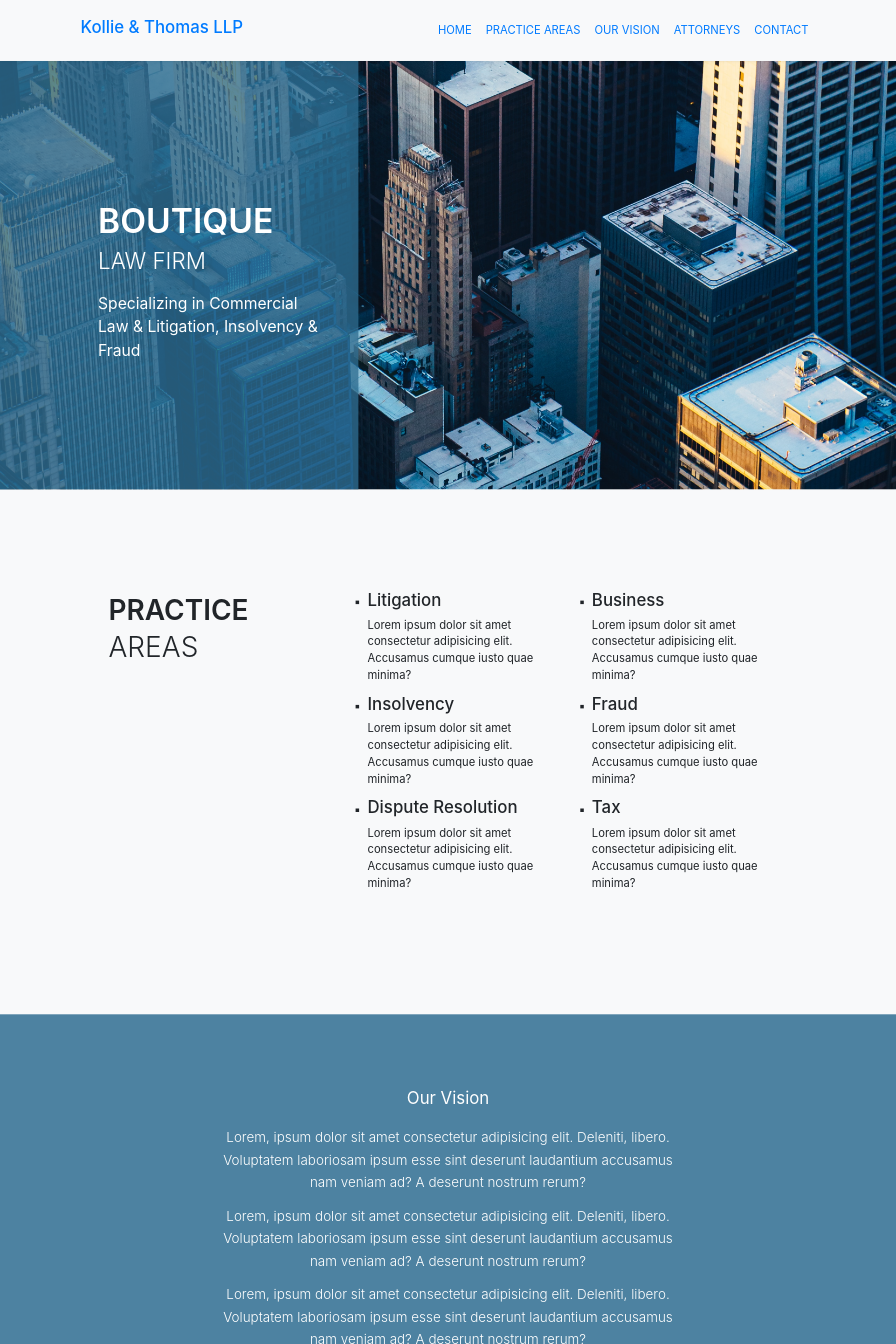
Repository: just-mann/kolllie-kolliellp
Page: index.html
An editor plug-in stored every save of this project. The page is shown before and after a run of saves, followed by the edit.
The browser window is 1280 px wide. The pictures show the part of the page from y = 0 to 1920 px (the page is 4529 px tall), at 70% of full size.
Backgrounds fixed to the window are drawn as part of the page.

Above is the page before, as saved 2021-06-02 05:49:35.

### index.html
<!DOCTYPE html>
<html lang="en">
<head>
    <meta charset="UTF-8">
    <meta name="viewport" content="width=device-width, initial-scale=1.0">
    <meta http-equiv="X-UA-Compatible" content="ie=edge">
    <meta name="Description" content="Enter your description here"/>
    <!-- Font Awesome Icons -->
    <link rel="stylesheet" href="https://cdnjs.cloudflare.com/ajax/libs/font-awesome/5.15.3/css/all.min.css" referrerpolicy="no-referrer" />
    <link rel="stylesheet" href="https://cdnjs.cloudflare.com/ajax/libs/twitter-bootstrap/4.6.0/css/bootstrap.min.css">
    <link rel="stylesheet" href="https://cdnjs.cloudflare.com/ajax/libs/font-awesome/5.15.2/css/all.min.css">
    <link rel="stylesheet" href="assets/css/utilities.css">
    <link rel="stylesheet" href="assets/css/style.css">
    <title>Kollie & Thomas LLP</title>
</head>
<body>
    <nav class="myNavbar px-2 bg-light shadow-sm">
        <div class="myContainer">
            <a href="#" class="myLogo"><h3>Kollie & Thomas LLP</h3></a>
            <div class="links">
                <a href="#">Home</a>
                <a href="#practiceArea">Practice Areas</a>
                <a href="#ourVision">Our Vision</a>
                <a href="#ourAttorneys">Attorneys</a>
                <a href="#contact">Contact</a>
            </div>
            <i class="fas fa-bars fa-1x toggleBar"></i>
        </div>
    </nav>
    <section class="heroSection">
        <div class="myContainer">
            <h3><span>Boutique</span>Law Firm</h3>
            <p>Specializing in Commercial Law & Litigation, Insolvency & Fraud</p>
        </div>
    </section>
    <section class="practiceArea py-5 px-4 bg-light" id="practiceArea">
        <div class="myContainer py-5">
            <div class="practiceArreaDiv p-4">
                <div class="left__side px-3 py-4">
                    <h3><span>Practice</span> Areas</h3>
                </div>
                <div class="right__side px-3 py-4">
                    <ul>
                        <div class="left px-3">
                            <li><h4>Litigation</h4></li>
                            <p>Lorem ipsum dolor sit amet consectetur adipisicing elit. Accusamus cumque iusto quae minima?</p>
                            <li><h4>Insolvency</h4></li>
                            <p>Lorem ipsum dolor sit amet consectetur adipisicing elit. Accusamus cumque iusto quae minima?</p>
                            <li><h4>Dispute Resolution</h4></li>
                            <p>Lorem ipsum dolor sit amet consectetur adipisicing elit. Accusamus cumque iusto quae minima?</p>
                        </div>
                        <div class="right px-3">
                            <li><h4>Business</h4></li>
                            <p>Lorem ipsum dolor sit amet consectetur adipisicing elit. Accusamus cumque iusto quae minima?</p>
                            <li><h4>Fraud</h4></li>
                            <p>Lorem ipsum dolor sit amet consectetur adipisicing elit. Accusamus cumque iusto quae minima?</p>
                            <li><h4>Tax</h4></li>
                            <p>Lorem ipsum dolor sit amet consectetur adipisicing elit. Accusamus cumque iusto quae minima?</p>
                        </div>
                    </ul>
                </div>
            </div>
        </div>
    </section>
    <section class="ourVision px-4 py-5" id="ourVision">
        <div class="myContainer">
            <div class="ourVisionDiv py-5">
                <h3>Our Vision</h3>
                <div>
                    <p>Lorem, ipsum dolor sit amet consectetur adipisicing elit. Deleniti, libero. Voluptatem laboriosam ipsum esse sint deserunt laudantium accusamus nam veniam ad? A deserunt nostrum rerum?</p>
                </div>
                <div>
                    <p>Lorem, ipsum dolor sit amet consectetur adipisicing elit. Deleniti, libero. Voluptatem laboriosam ipsum esse sint deserunt laudantium accusamus nam veniam ad? A deserunt nostrum rerum?</p>
                </div>
                <div>
                    <p>Lorem, ipsum dolor sit amet consectetur adipisicing elit. Deleniti, libero. Voluptatem laboriosam ipsum esse sint deserunt laudantium accusamus nam veniam ad? A deserunt nostrum rerum?</p>
                </div>
            </div>
        </div>
    </section>
    <div class="parallaxImg">
        <!-- <img src="./assets/images/heroImage.jpg" alt="parallaxImg"> -->
    </div>
    <section class="ourAttorneys py-5 bg-light" id="ourAttorneys">
        <div class="myContainer py-5">
            <h3 class="text-center mb-5">Our Attorneys</h3>
            <div class="attorneysDiv">
                <div class="attCard">
                    <img src="./assets/images/attrny1.jpg" alt="att1">
                    <div class="firstDiv">
                        <h4>Justin Kollie</h4>
                        <p>Partner</p>
                    </div>
                    <div class="secondDiv">
                        <p>Tel: XXX-XXX-XXXX</p>
                        <p>info@mysite.com</p>
                    </div>
                </div>
                <div class="attCard">
                    <img src="./assets/images/attrny3.jpg" alt="att2">
                    <div class="firstDiv">
                        <h4>Attrn. Name</h4>
                        <p>Position</p>
                    </div>
                    <div class="secondDiv">
                        <p>Tel: XXX-XXX-XXXX</p>
                        <p>info@mysite.com</p>
                    </div>
                </div>
                <div class="attCard">
                    <img src="./assets/images/attrny2.jpg" alt="att1">
                    <div class="firstDiv">
                        <h4>Mandela P. Thomas</h4>
                        <p>Partner</p>
                    </div>
                    <div class="secondDiv">
                        <p>Tel: XXX-XXX-XXXX</p>
                        <p>info@mysite.com</p>
                    </div>
                </div>
            </div>
        </div>
    </section>
    <section class="contact py-5" id="contact">
        <div class="myContainer">
            <div class="contactDiv">
                <div class="left__side">
                    <h3>Contact Us</h3>
                </div>
                <div class="right__side">
                    <h4 class=><span>Our</span> Address</h4>
                    <div class="addressDiv">
                        <p>500 Terry Francois St. San Francisco, CA 94158</p>
                        <p>Email: info@mysite.com</p>
                        <p>Tel:  123-456-7890</p>
                    </div>
                    <div class="clickToFind my-4 py-4">
                        <a href="#">Click Here to Find Us</a>
                    </div>
                    <form action="">
                        <div class="left__side">
                            <div>
                                <label for="firstName">First Name *</label>
                                <input type="text" name="firstName" required>
                            </div>
                            <div>
                                <label for="lastName">Last Name *</label>
                                <input type="text" name="lastName" required>
                            </div>
                            <div>
                                <label for="email">Email *</label>
                                <input type="email" name="name" required>
                            </div>
                            <div>
                                <label for="subject">Subject *</label>
                                <input type="text" name="subject" required>
                            </div>
                        </div>
                        <!-- <div class="right__side"> -->
                            <label for="message" class="messageLabel">Message *</label>
                            <textarea name="message" id="message" cols="30" rows="10" required></textarea>
                        <!-- </div> -->
                        <div class="my-4">
                            <input type="submit" value="Send">
                        </div>
                    </form>
                </div>
            </div>
        </div>
    </section>
    <section class="backUpTop bg-dark text-center p-4">
        <div class="myContainer">
            <i class="fas fa-angle-double-up fa-2x text-light"></i>
        </div>
    </section>
    <footer class="footer">
        <div class="myContainer">
            <p>© 2021 Kollie & Thomas LLP. Proudly created by Justin Kollie</p>
        </div>
    </footer>
    <!-- Optional Scripts -->
    <script src="assets/scripts/myScript.js"></script>
    <script src="https://cdnjs.cloudflare.com/ajax/libs/jquery/3.5.1/jquery.slim.min.js"></script>
    <script src="https://cdnjs.cloudflare.com/ajax/libs/popper.js/1.16.1/umd/popper.min.js"></script>
    <script src="https://cdnjs.cloudflare.com/ajax/libs/twitter-bootstrap/4.6.0/js/bootstrap.min.js"></script>
</body>
</html>

### assets/css/utilities.css
:root {
    --primaryColor: #274f9bf3;
}

a {
    text-decoration: none;
}

a:hover {
    text-decoration: none;
}

ul li {
    list-style-type: square;
}

.myContainer {
    max-width: 1100px;
    margin: 0 auto;
    padding: 10px 25px;
}

### assets/css/style.css
* {
    padding: 0;
    margin: 0;
    box-sizing: border-box;
}

html {
    scroll-behavior: smooth;
}



/* Navbar */
.myNavbar {
    padding: 15px 0px;
    background-color: #ece6e6;
    position: sticky;
    top: 0;
    left: 0;
    width: 100%;
    z-index: 100;
}

.myNavbar .myContainer {
    display: flex;
    justify-content: space-between;
    align-items: center;
}

.myNavbar .myContainer .myLogo h3 {
    font-size: 1.5em;
}

.myNavbar .myContainer .links {
    display: flex;
    justify-content: center;
    align-items: center;
}

.toggleBar {
    font-size: 1.6em;
    display: none;
    transition: cursor 0.6s;
}

.toggleBar:hover {
    cursor: pointer;
}

.ourVision {
    background-color: #2f6d91da;
    color: white;
    text-align: center;
    /* padding: 30px 10px; */
}

.ourVisionDiv h3 {
    font-weight: 400;
    font-size: 2.6rem;
    text-align: center;
    margin-bottom: 25px;
    /* margin: 40px auto; */
}

.ourVisionDiv p {
    font-weight:300;
    font-size: 1.2rem;
    line-height: 2rem;
    text-align: center;
}

.parallaxImg {
    background-image: url('../images/parallaxImg.jpg');
    min-height: 500px;
    background-attachment: fixed;
    background-position: center;
    background-origin: center;
    background-repeat: no-repeat;
    background-size: cover;
}

.parallaxImg img {
    width: 100%;
}

.contact {
    position: relative;
    background: url('../images/contactBgImage.jpg') no-repeat center center / cover;
}

.contact::before {
    content: "";
    position: absolute;
    top: 0;
    left: 0;
    background: #2f6d91da;
    width: 100%;
    height: 100%;
}

.contact .myContainer * {
    display: flex;
    flex-direction: column;
    justify-content: center;
    align-items: flex-start;
    width: 100%;
    z-index: 50;
}

.contactDiv .left__side h3 {
    font-weight: 500;
    color: white;
}

.contactDiv .right__side h4 {
    font-weight: 300;
    color: white;
}

.contactDiv .right__side h4 span {
    font-weight: 600;
}

.contactDiv .right__side .addressDiv p {
    font-size: 1rem;
    font-weight: 400;
    margin: 5px 0px;
    color: white;
}

.contactDiv .right__side .clickToFind a {
    text-decoration: underline;
    font-size: 1.4rem;
    color: white;
}

form label {
    color: white;
    font-size: 1.3rem;
}

.backUpTop .myContainer i {
    font-weight: 600;
}

.backUpTop .myContainer i:hover {
    cursor: pointer;
}

input[type="submit"] {
    width: 100%;
    background-color: transparent;
    border: 2px solid white;
    border-radius: 5px;
    font-weight: 500;
    letter-spacing: 1px;
    display: flex;
    padding: 10px;
    color: white;
    justify-content: center;
    text-align: center;
}

form div input, textarea {
    border: 3px solid #223755;
    border-radius: 3px;
    padding: 5px 10px;
}

/* Non mobile */
.myNavbar .myContainer .links a {
    padding: 0px 10px;
    font-size: 16px;
    font-weight: 400;
    text-transform: uppercase;
}

/* Desktop Scree Size Starts */
@media screen and (min-width: 900px) {
    .heroSection {
        position: relative;
        background-image: url('../images/heroImage.jpg');
        min-height: 500px;
        background-attachment: fixed;
        background-position: center;
        background-origin: center;
        background-repeat: no-repeat;
        background-size: cover;
        height: 85vh;
        display: flex;
        justify-content: start;
        align-items: left;
        /* background-color: #ffffff;
        background: url('../images/heroImage.jpg') no-repeat center center / cover; */
    }

    .heroSection .myContainer {
        display: flex;
        flex-direction: column;
        width: 100%;
        align-items: start;
        z-index: 50;
        padding: 10px 50px;
        background-attachment: fixed;
    }

    .heroSection::before {
        position: absolute;
        content: "";
        top: 0;
        left: 0;
        background: rgba(47, 109, 145, 0.78);
        width: 40%;
        height: 100%;
        z-index: 0;
    }

    .heroSection .myContainer h3 span {
        color: white;
        font-size: 3rem;
        font-weight: 600;
        margin: 10px 0px;
        text-transform: uppercase;
        display: block;
    }

    .heroSection .myContainer h3 {
        color: white;
        font-size: 2rem;
        font-weight: 300;
        margin-top: 180px;
        text-transform: uppercase;
    }

    .heroSection .myContainer p {
        color: white;
        max-width: 320px;
        margin: 15px 0px;
        font-size: 1.4rem;
    }

    .practiceArea .myContainer .practiceArreaDiv {
        display: grid;
        grid-template-columns: 1fr 2fr;
        gap: 30px;
    }

    .practiceArreaDiv .left__side h3  {
        font-size: 2.5rem;
        text-transform: uppercase;
        display: block;
        font-weight: 300;
        margin: 5px 0px;
    }
    .practiceArreaDiv .left__side h3 span {
        font-size: 2.5rem;
        text-transform: uppercase;
        display: block;
        font-weight: 600;
        margin: 5px 0px;
    }

    .practiceArreaDiv .right__side ul {
        display: grid;
        grid-template-columns: 1fr 1fr;
        gap: 25px;
    }

    .ourVision .myContainer .ourVisionDiv h3 {
        text-align: center;
        font-size: 1.5em;
    }

    .ourVision .myContainer .ourVisionDiv div {
        max-width: 650px;
        margin: 0 auto;
        text-align: center;
    }

    .ourAttorneys .myContainer .attorneysDiv {
        width: 100%;
        margin: 0 auto;
        display: flex;
        justify-content: space-evenly;

        /* grid-template-columns: repeat(3, 1fr); */
    }

    .ourAttorneys .myContainer .attorneysDiv .attCard {
        width: 250px;
        margin: 10px 0px;
    }

    .ourAttorneys .myContainer .attorneysDiv .attCard img {
        width: 100%;
    }

    .attCard .firstDiv {
        padding: 10px 0px 0px 0px;
        text-align: center;
        border-bottom: 2px solid #6991ac9d;
    }

    .secondDiv {
        text-align: center;
        padding: 5px 0px;
    }

    .ourAttorneys .myContainer h3 {
        text-align: center;
        font-size: 2.5rem;
        font-weight: 350;
        margin-bottom: 25px;
        text-transform: uppercase;
    }

}


/* Desktop Screen Size Ends */


/* Responsive */
@media screen and (max-width: 900px) {
    .myNavbar .myContainer .links {
        display: none;
    }

    .toggleBar {
        display: block;
    }

    .heroSection {
        position: relative;
        height: 75vh;
        display: flex;
        justify-content: center;
        align-items: center;
        background-color: #ffffff;
        background: url('../images/heroImage.jpg') no-repeat center center / cover;
    }

    .heroSection .myContainer {
        display: flex;
        flex-direction: column;
        justify-content: center;
        align-items: start;
        z-index: 50;
    }

    .heroSection::before {
        position: absolute;
        content: "";
        top: 50;
        /* bottom: 40; */
        right: 0;
        background: rgba(47, 109, 145, 0.78);
        width: 95%;
        height: 70%;
        z-index: 0;
    }

    .heroSection .myContainer h3 span {
        color: white;
        font-size: 3rem;
        font-weight: 600;
        margin: 10px 0px;
        text-transform: uppercase;
        display: block;
    }

    .heroSection .myContainer h3 {
        color: white;
        font-size: 2rem;
        font-weight: 300;
        text-transform: uppercase;
    }

    .heroSection .myContainer p {
        color: white;
        max-width: 320px;
        margin: 15px 0px;
        font-size: 1.4rem;
    }

    .practiceArreaDiv .left__side h3 span {
        font-size: 2.5rem;
        text-transform: uppercase;
        display: block;
        font-weight: 600;
        margin: 5px 0px;
    }

    .left__side h3 {
        font-size: 2.4rem;
        text-transform: uppercase;
        font-weight: 300;
    }

    .right__side {
        padding: 30px 10px;
        /* background-color: white; */
    }

    .parallaxImg {
        background-image: url('../images/parallaxImg.jpg');
        min-height: 500px;
        background-attachment: scroll;
        background-position: center;
        background-repeat: no-repeat;
        background-size: cover;
    }

    .attorneysDiv {
        grid-template-columns: 1fr;
        width: 100%;
        margin: 0 auto;
    }

    .ourAttorneys .myContainer h3 {
        text-align: center;
        font-size: 2.8em;
        font-weight: 350;
        margin-bottom: 25px;
    }

    .attCard {
        width: 100%;
        padding: 0px 20px;
        margin: 0px auto 35px auto;
        /* text-align: center; */
    }

    .attCard img {
        min-height: 200px;
        width: 100%;
    }

    .attCard .firstDiv {
        padding: 10px 0px 0px 0px;
        text-align: center;
        border-bottom: 2px solid #6991ac9d;
    }

    .secondDiv {
        text-align: center;
        padding: 5px 0px;
    }

    form {
        /* background: pink; */
        max-width: 100%;
    }

    form div {
        margin: 7px 0px;
        /* padding: 0px 5px; */
        max-width: 100%;
    }

    form label {
        display: block;
        color: white;
    }

    form input {
        width: 100%;
    }

    form input {
        padding: 5px 10px;
    }

    form .right__side textarea {
        width: 100%;
        padding: 5px 10px;
    }




}

### assets/scripts/myScript.js
console.log('It works');

After the next 7 saves:
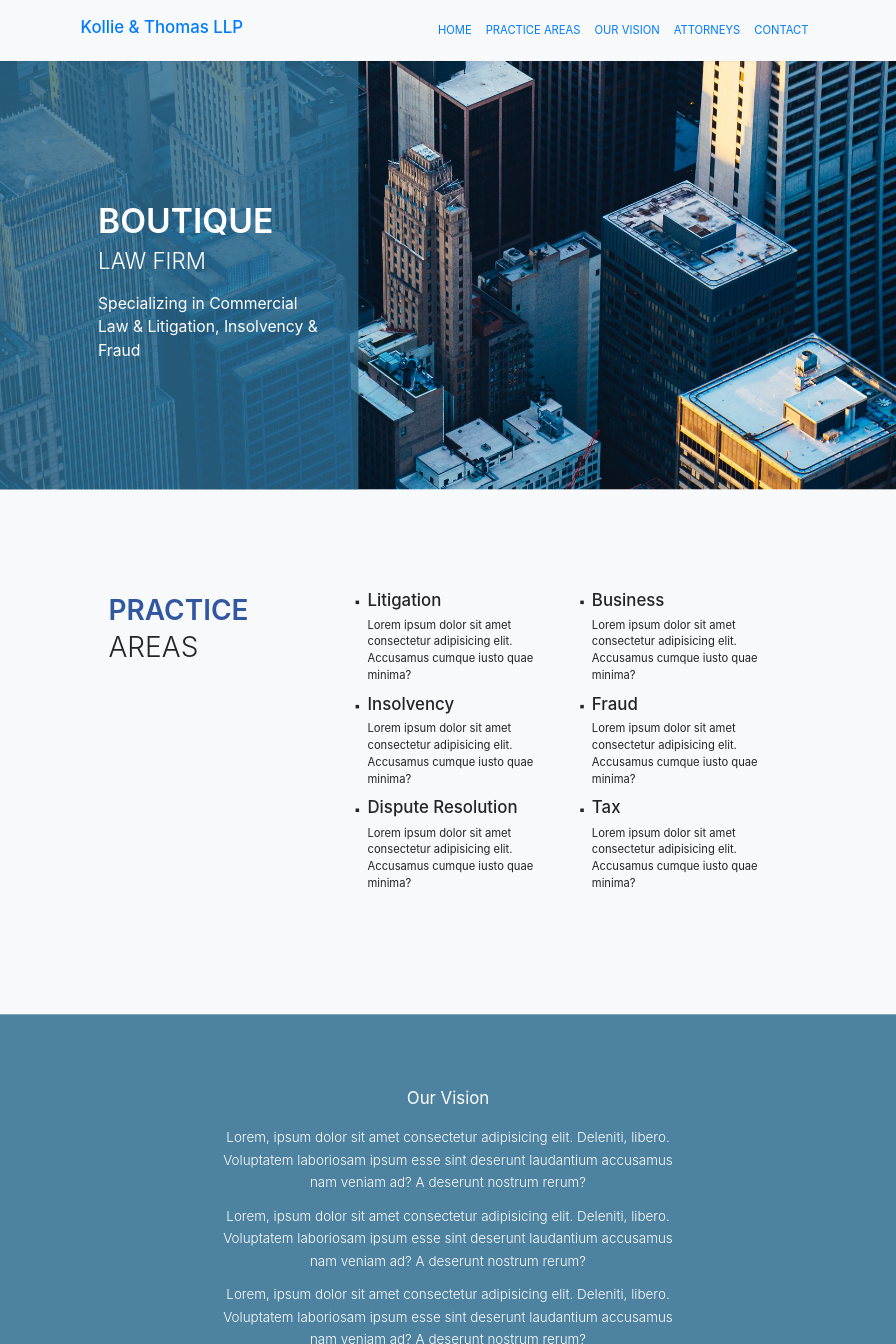
The 7 saves are shown as one change because they came seconds apart.
The last was saved 18 s later.
--- a/assets/css/style.css
+++ b/assets/css/style.css
@@ -258,6 +258,7 @@ form div input, textarea {
         display: block;
         font-weight: 600;
         margin: 5px 0px;
+        color: var(--primaryColor);
     }
 
     .practiceArreaDiv .right__side ul {
